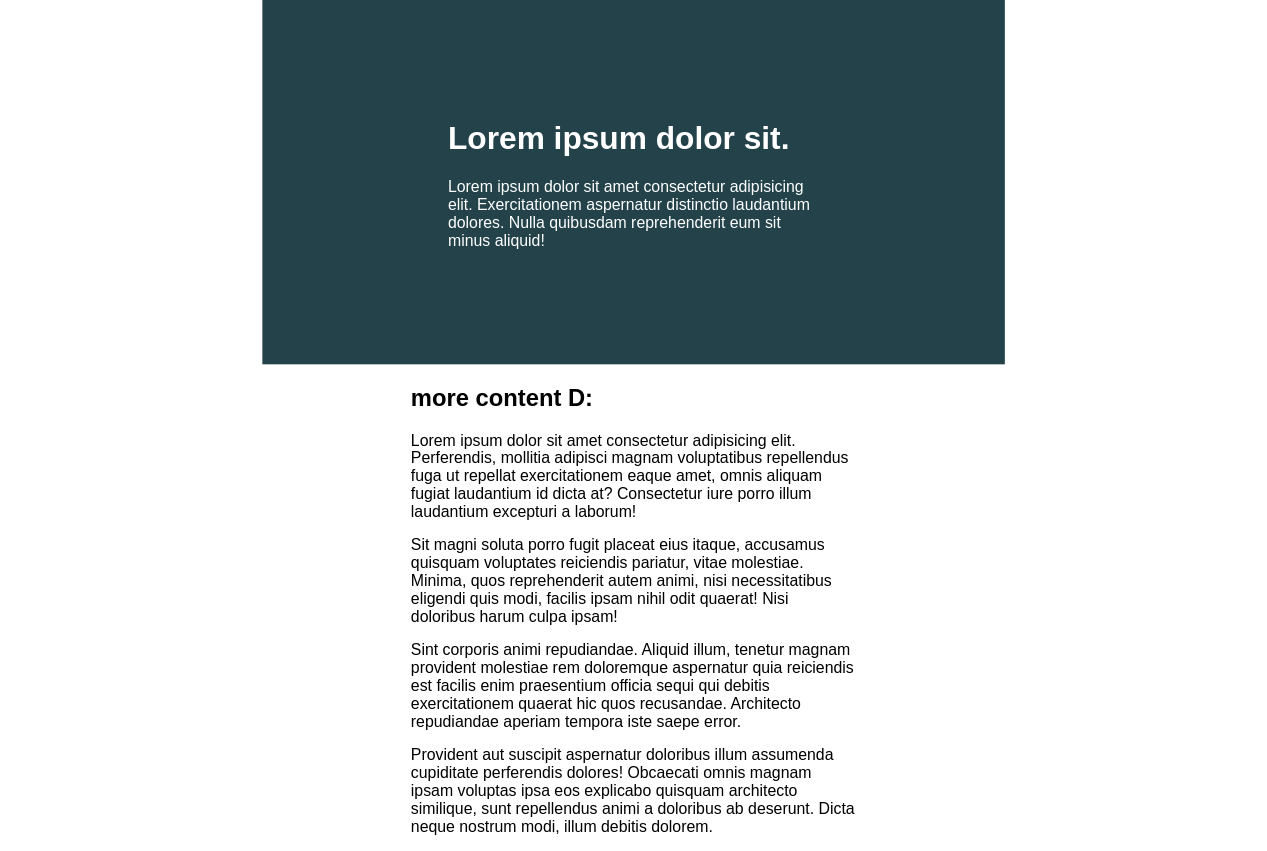
Repository: ufanodev/responsive-3
Page: index.html
These files come from the project's save history. The page is drawn as it stood at one moment and after the next save; the edit follows.
The browser window is 1280 px wide. The pictures show the whole page, at 99% of full size.

Above is the page before, as saved 2022-12-10 19:45:16.

### index.html
<!DOCTYPE html>
<html lang="en">
<head>
    <meta charset="UTF-8">
    <meta name="viewport" content="width=device-width, initial-scale=1.0">
    <title>KP Responsive Course</title>

    <link rel="stylesheet" href="style.css">
</head>
<body>

    <div class="container">
        <div class="intro-content">
            <h1>Lorem ipsum dolor sit.</h1>
            <p>Lorem ipsum dolor sit amet consectetur adipisicing elit. Exercitationem aspernatur distinctio laudantium dolores. Nulla quibusdam reprehenderit eum sit minus aliquid!</p>
        </div>
    </div>

    <div class ="intro-content2">
        <h2>more content D:</h2>
            <p>Lorem ipsum dolor sit amet consectetur adipisicing elit. Perferendis, mollitia adipisci magnam voluptatibus repellendus fuga ut repellat exercitationem eaque amet, omnis aliquam fugiat laudantium id dicta at? Consectetur iure porro illum laudantium excepturi a laborum!</p>

            <p>Sit magni soluta porro fugit placeat eius itaque, accusamus quisquam voluptates reiciendis pariatur, vitae molestiae. Minima, quos reprehenderit autem animi, nisi necessitatibus eligendi quis modi, facilis ipsam nihil odit quaerat! Nisi doloribus harum culpa ipsam!</p>

            <p>Sint corporis animi repudiandae. Aliquid illum, tenetur magnam provident molestiae rem doloremque aspernatur quia reiciendis est facilis enim praesentium officia sequi qui debitis exercitationem quaerat hic quos recusandae. Architecto repudiandae aperiam tempora iste saepe error.</p>
            <p>Provident aut suscipit aspernatur doloribus illum assumenda cupiditate perferendis dolores! Obcaecati omnis magnam ipsam voluptas ipsa eos explicabo quisquam architecto similique, sunt repellendus animi a doloribus ab deserunt. Dicta neque nostrum modi, illum debitis dolorem.</p>
    </div>

</body>
</html>

### style.css
/* INSTRUCTIONS
 *
 * 1) Keep the text inside .intro-content
 *    in the same place, but have the background
 *    extend from one side of the viewport
 *    to the other, no matter how wide or narrow
 *    the browser is.
 *
 * 2) Limit the maximum width of the text in the
 *    bottom area.
 *
 * You may modify the HTML if needed
 * (you probably should for this challenge)
 *
 */

* {
  box-sizing: border-box;
}

body {
  margin: 0;
  font-family: sans-serif;
}

.container {
  width: 80%;
  max-width: 750px;
  margin: 0 auto;
  background: #23424a;
  color: white;
  padding: 50px 0;
}

.intro-content {
  width: 50%;
  max-width: 750px;
  margin: 0 auto;
  padding: 50px 0;
}

.intro-content2 {
  width: 50%;
  max-width: 450px;
  margin: 0 auto;
  padding: 50px 100;
}

After the next save:
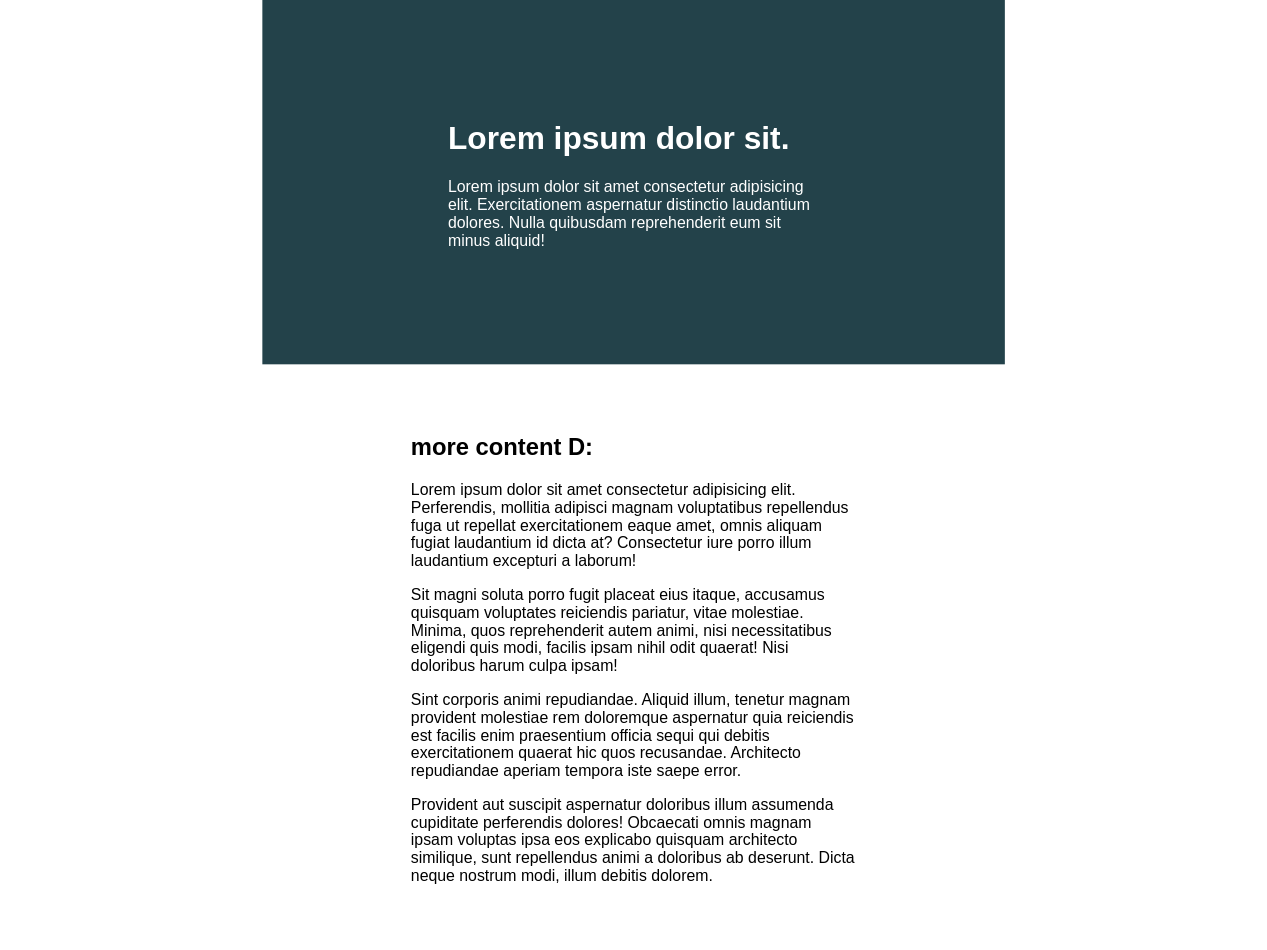
Saved 17 s later.
--- a/style.css
+++ b/style.css
@@ -43,5 +43,5 @@
   width: 50%;
   max-width: 450px;
   margin: 0 auto;
-  padding: 50px 100;
+  padding: 50px 0;
 }

After the save that followed:
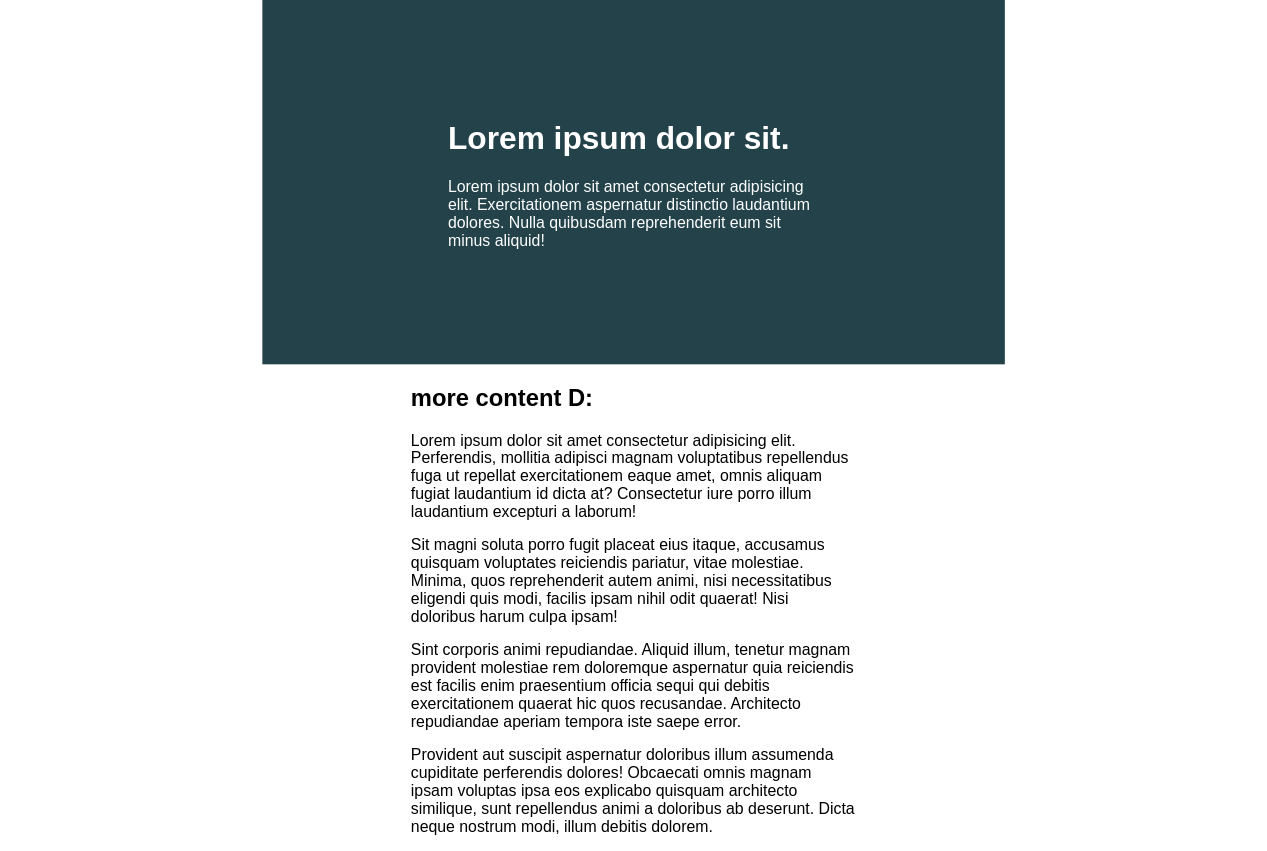
Saved 8 s later.
--- a/style.css
+++ b/style.css
@@ -43,5 +43,5 @@
   width: 50%;
   max-width: 450px;
   margin: 0 auto;
-  padding: 50px 0;
+  padding: 50px 50;
 }
